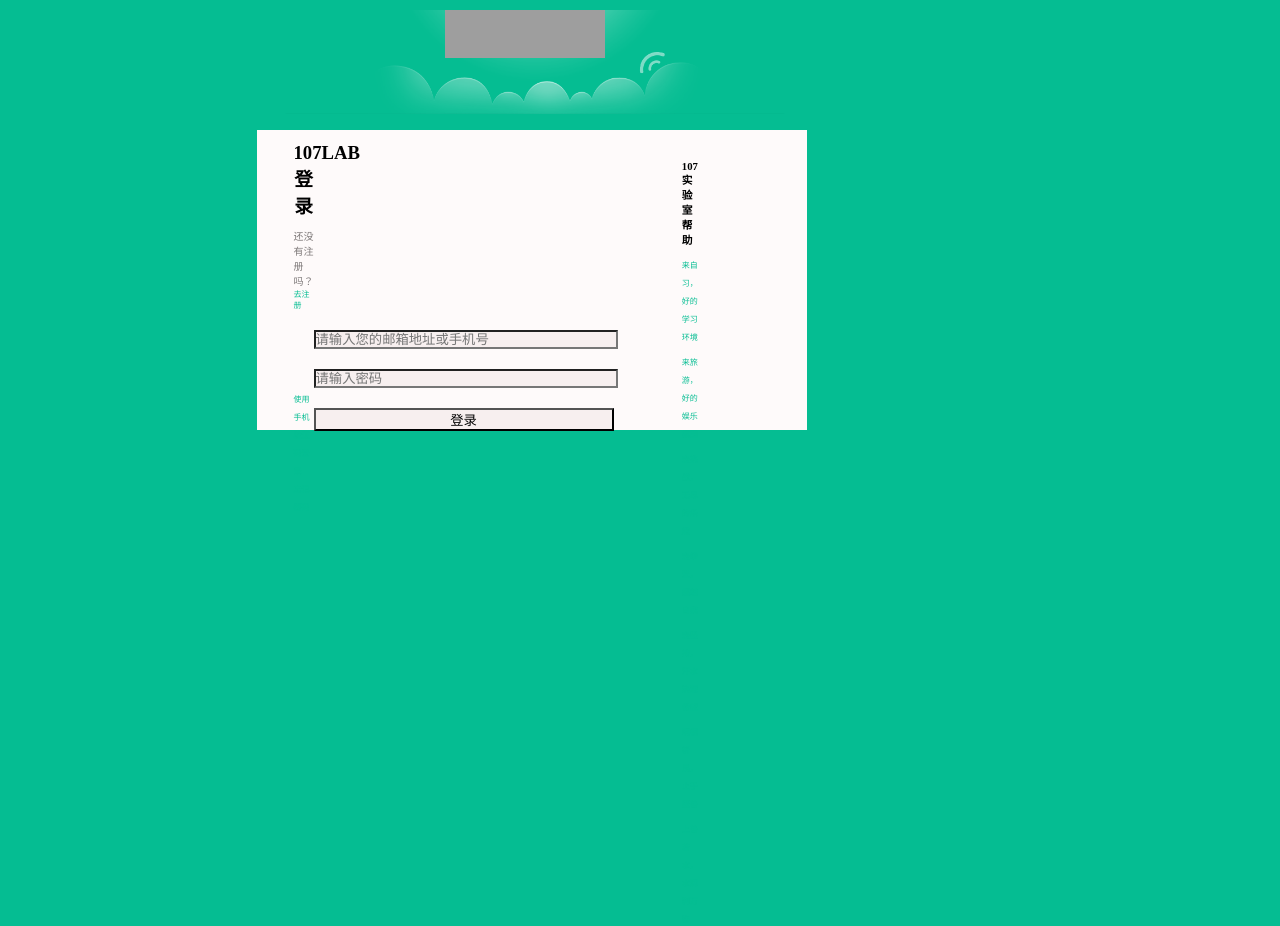
Repository: zz-yy/2023_homework
Page: 第一次考核作业/mazehua/index.html
The author's editor kept a copy of each file at every save. The page is drawn from the files as they stood at one save, then again after the next save.
The browser window is 1280 px wide. The pictures show the whole page.
Pictures or frames that could not be fetched are drawn as grey boxes.

Above is the page before, as saved 2024-04-04 22:39:28.

### 第一次考核作业/mazehua/index.html
<!DOCTYPE html>
<html lang="en">

<head>
    <meta charset="UTF-8">
    <meta http-equiv="X-UA-Compatible" content="IE=edge">
    <meta name="viewport" content="width=device-width, initial-scale=1.0">
    <title>107LAB登录</title>
    <!--引入css样式表-->
    <link rel="stylesheet" href="index.css">
    <!--引入图标样式-->
    <link rel="stylesheet" href="./iconfont.css">

</head>

<body>

    <div class="logbj">
        <div class="logo"><img src="./images/logo.png"></div><br>
    </div>

    <div class="login">
        <ul class="left">
            <li>
                <h3>107LAB登录</h3>
                <span class="tishi">还没有注册吗？<a href="#">去注册</a></span>
                <form action="#">
                    <input type="text" placeholder="请输入您的邮箱地址或手机号" name="text"><br>
                    <input type="password"  placeholder="请输入密码" name="psd"><br>
                    <input type="submit" value="登录">
                </form>
                <div class="forget"><span class="L"><a href="#">使用手机验证码登录</a> </span> <span class="R"><a href="#">忘记密码</a></span></div>
            </li>
        </ul>
        <ul class="right">
            <li>
                <h6>107实验室帮助</h6>
            </li>
           <li> <a href="#">来自习，好的学习环境</a></li>
           <li> <a href="#">来旅游，好的娱乐氛围</a></li>
            <li><a href="#">去挑战，无尽的乐趣</a></li>
            <li><a href="#">去攀登，超越自我</a></li>
            <li><a href="#">去坚持，汗水浇灌希望</a></li>
            <li><a href="#">明德新民，止于至善</a></li>
            <li><a href="#">上善若水，水润利万物</a></li>
        </ul>
    </div>


</body>

</html>

### 第一次考核作业/mazehua/index.css
* {
    margin: 0px;
    padding: 0px;
}

body {

    background: rgb(5, 189, 146);
    float: left;

}

.logbj {
    background-image: url(/images/bg_reg_wave.png);
    background-repeat: no-repeat;
    background-size: 500px;
    width: 550px;
    height: 100px;
    margin: 10px 50%;

    padding: 10px 10px;
}

.logo {
    height: 60px;
    width: 200px;
    margin: 10px 120px;

}

.logo img {
    width: 80%;
    height: 80%;
    position: relative;
    left: 30px;
    top: -20px;
}

.login {
    display: flex;
    height: 300px;
    width: 550px;
    margin: -10px 45%;
    background: #fefafa;

}

h3{
    text-align: center;
}

li {
    width: 20px;
    height: ;
    list-style: none;
    padding: 0px 0px;
    margin: 7px;
}

a {
    text-decoration: none;

}

.tishi {
    float: right;
    font-size: 10px;
    color: #7e7979;
    margin: 10px 0px ;
}
 a{
    font-size: 8px;
    color: rgb(5, 189, 146);
}

.left {
    width: 370px;
    height: 200px;
    margin: 0px 20px;
    float: left;
    padding: 5px 10px;
}
form{
    height: 150px;
    width: 320px;
    margin: 10px;
}
input{
    margin: 10px;
    width: 300px;
    outline-style: none;
    background: rgb(247, 239, 239);
    border-radius: 1px solid #ccc ;
}
.right {
    height: 220px;
    width: 120px;
    float: right;
    padding: auto;
    margin: 23px ;
}
.L{
    float: left;
}
.R{
    float:right;
}

### 第一次考核作业/mazehua/iconfont/iconfont.css
@font-face {
  font-family: "iconfont"; /* Project id  */
  src: url('iconfont.ttf?t=1712408906963') format('truetype');
}

.iconfont {
  font-family: "iconfont" !important;
  font-size: 16px;
  font-style: normal;
  -webkit-font-smoothing: antialiased;
  -moz-osx-font-smoothing: grayscale;
}

.icon-qq:before {
  content: "\e66a";
}

.icon-weixin:before {
  content: "\e633";
}

.icon-zhanghu:before {
  content: "\e62b";
}

.icon-weixin1:before {
  content: "\e64b";
}

.icon-qq-copy:before {
  content: "\e658";
}

.icon-QQ:before {
  content: "\e73e";
}

.icon-GitHub:before {
  content: "\ea0a";
}

.icon-Oracle:before {
  content: "\ea23";
}

.icon-QQ1:before {
  content: "\e882";
}

.icon-zaixianlianxi:before {
  content: "\e6a7";
}

.icon-QQkongjian:before {
  content: "\e666";
}

.icon-QQ2:before {
  content: "\e667";
}

.icon-search:before {
  content: "\e611";
}

.icon-qq1:before {
  content: "\e636";
}

.icon-weixin2:before {
  content: "\e782";
}

.icon-weixin3:before {
  content: "\e607";
}

.icon-QQ3:before {
  content: "\ea94";
}

After the next save:
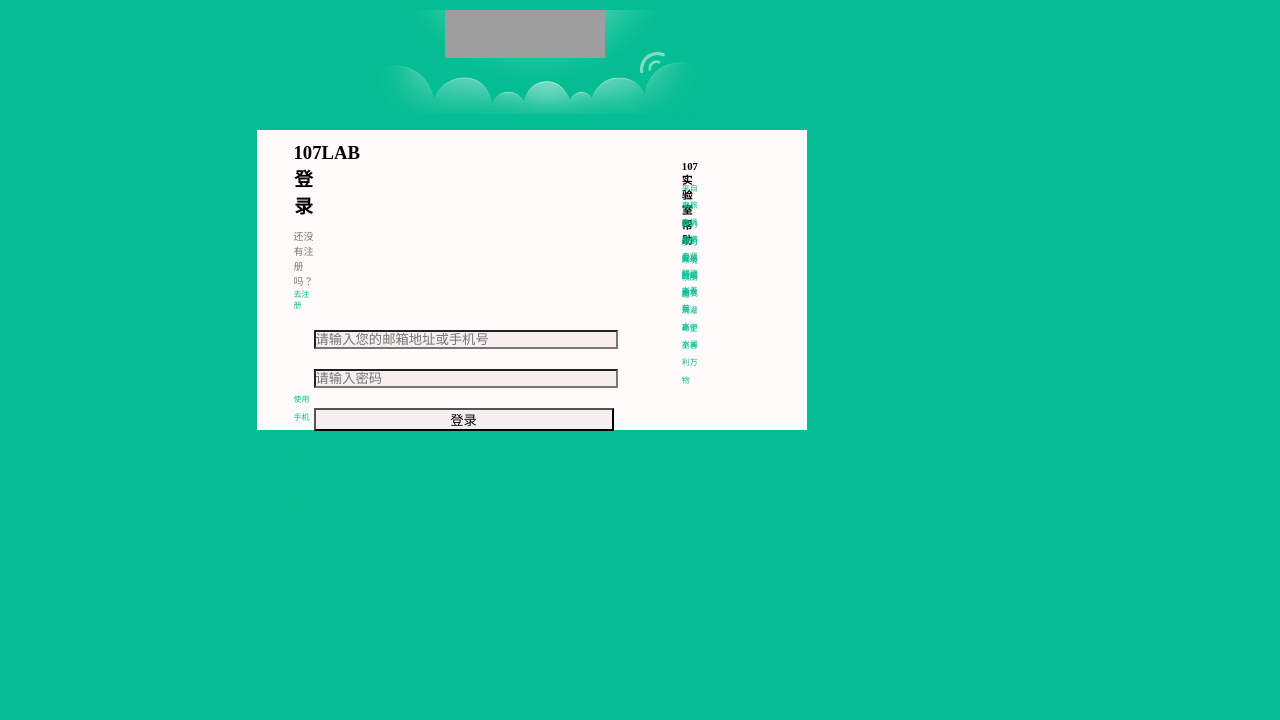
Saved 5 s later.
--- a/第一次考核作业/mazehua/index.css
+++ b/第一次考核作业/mazehua/index.css
@@ -51,7 +51,7 @@ h3{
 
 li {
     width: 20px;
-    height: ;
+    height: 10px;
     list-style: none;
     padding: 0px 0px;
     margin: 7px;
